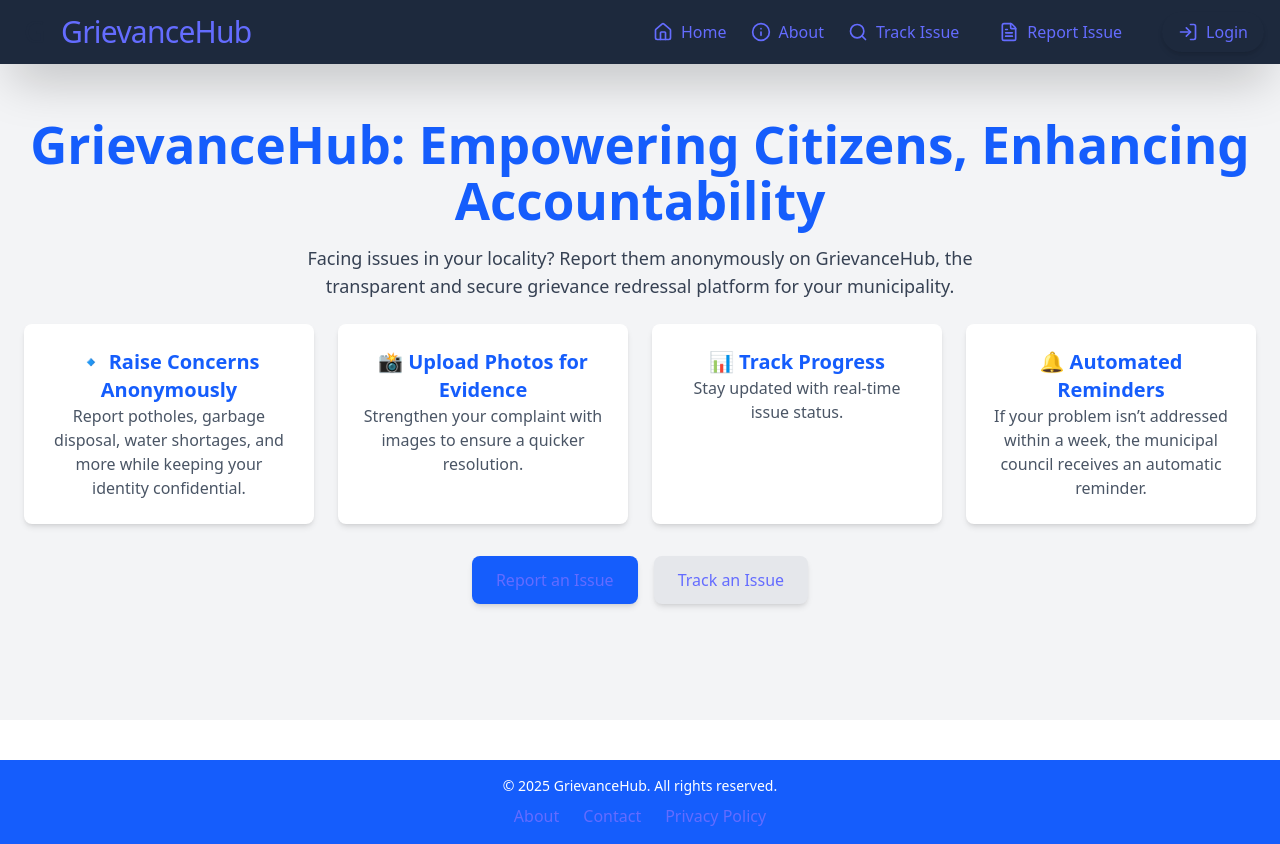
Repository: Aishi4/Grievance-Hub
Page: / (app in my-vite-Griv/)
The author's editor kept a copy of each file at every save. The page is drawn from the files as they stood at one save, then again after the next save.
The browser window is 1280 px wide. The pictures show the whole page.
The project was rebuilt for these pictures with package versions that can differ from the ones it lists, and the page was loaded fresh each time. Also part of the build but not shown: my-vite-Griv/vite.config.js, my-vite-Griv/src/ReportSubmit.jsx, my-vite-Griv/src/Report.jsx, my-vite-Griv/src/App.jsx.

Above is the page before, as saved 2025-03-27 20:17:17.

### my-vite-Griv/src/main.jsx
import { StrictMode } from 'react'
import { createRoot } from 'react-dom/client'
import './index.css'
import App from './App.jsx'
import { Route,createBrowserRouter, createRoutesFromElements, RouterProvider } from 'react-router'
import Layout from './Layout.jsx'
import Home from './Home.jsx'

const router = createBrowserRouter(
  createRoutesFromElements(
    <Route path='/' element={<Layout />}>
      <Route path="" element={<Home />} />

    </Route>
  )
)

createRoot(document.getElementById('root')).render(
  <StrictMode>




    <RouterProvider router={router} />

  </StrictMode>,
)

### my-vite-Griv/src/Layout.jsx
import React from 'react'
import Navbar from './Navbar'
import Footer from './Footer'
import { Outlet } from 'react-router-dom'

function Layout() {
  return (
    <>
    <Navbar/>
    <main className="flex-grow text-gray-900 dark:text-white dark:bg-gray-900">
                <Outlet />
            </main>
    <Footer />
    </>
  )
}

export default Layout

### my-vite-Griv/src/Home.jsx
import { Link } from "react-router-dom";

const Home = () => {
  return (
    <div className="min-h-screen bg-gray-100 flex flex-col items-center justify-center p-6">
      {/* Hero Section */}
      <h1 className="text-4xl font-bold text-blue-600 mb-4 text-center">
        GrievanceHub: Empowering Citizens, Enhancing Accountability
      </h1>
      <p className="text-lg text-gray-700 text-center max-w-2xl mb-6">
        Facing issues in your locality? Report them anonymously on GrievanceHub,
        the transparent and secure grievance redressal platform for your municipality.
      </p>

      {/* Features Section */}
      <div className="grid grid-cols-1 md:grid-cols-2 lg:grid-cols-4 gap-6 text-center">
        <div className="bg-white p-6 rounded-lg shadow-md">
          <h2 className="text-xl font-semibold text-blue-600">🔹 Raise Concerns Anonymously</h2>
          <p className="text-gray-600">Report potholes, garbage disposal, water shortages, and more while keeping your identity confidential.</p>
        </div>

        <div className="bg-white p-6 rounded-lg shadow-md">
          <h2 className="text-xl font-semibold text-blue-600">📸 Upload Photos for Evidence</h2>
          <p className="text-gray-600">Strengthen your complaint with images to ensure a quicker resolution.</p>
        </div>

        <div className="bg-white p-6 rounded-lg shadow-md">
          <h2 className="text-xl font-semibold text-blue-600">📊 Track Progress</h2>
          <p className="text-gray-600">Stay updated with real-time issue status.</p>
        </div>

        <div className="bg-white p-6 rounded-lg shadow-md">
          <h2 className="text-xl font-semibold text-blue-600">🔔 Automated Reminders</h2>
          <p className="text-gray-600">If your problem isn’t addressed within a week, the municipal council receives an automatic reminder.</p>
        </div>
      </div>

      {/* Call to Action */}
      <div className="mt-8 flex space-x-4">
        <Link to="/report" className="bg-blue-600 text-white px-6 py-3 rounded-lg shadow-md hover:bg-blue-700">
          Report an Issue
        </Link>
        <Link to="/track" className="bg-gray-200 text-gray-800 px-6 py-3 rounded-lg shadow-md hover:bg-gray-300">
          Track an Issue
        </Link>
      </div>
    </div>
  );
};

export default Home;

### my-vite-Griv/src/Navbar.jsx
import React, { useState } from 'react';
import { Link } from "react-router-dom";
import { motion } from "framer-motion";
import { Home, Info, Search, FileText, LogIn } from "lucide-react";

const Navbar = () => {
  const [isHovered, setIsHovered] = useState(null);

  const navItems = [
    { to: "/", label: "Home", icon: Home },
    { to: "/about", label: "About", icon: Info },
    { to: "/track", label: "Track Issue", icon: Search },
    { to: "/report", label: "Report Issue", icon: FileText, special: true }
  ];

  return (
    <motion.nav
      initial={{ opacity: 0, y: -50 }}
      animate={{ opacity: 1, y: 0 }}
      transition={{ duration: 0.6, type: "spring", stiffness: 50 }}
      className="fixed w-full z-50 bg-slate-800 text-terracotta-300 shadow-2xl"
    >
      <div className="container mx-auto px-4 py-3 flex justify-between items-center">
        <motion.div
          whileHover={{ scale: 1.1 }}
          whileTap={{ scale: 0.95 }}
        >
          <Link
            to="/"
            className="text-3xl font-extrabold tracking-tight flex items-center space-x-2"
          >
            <span className="bg-terracotta-300 text-slate-800 px-2 rounded-md">G</span>
            <span>GrievanceHub</span>
          </Link>
        </motion.div>

        <div className="flex items-center space-x-6">
          {navItems.map((item, index) => (
            <motion.div
              key={item.to}
              onHoverStart={() => setIsHovered(index)}
              onHoverEnd={() => setIsHovered(null)}
              className="relative"
            >
              <Link
                to={item.to}
                className={`
                  flex items-center space-x-2
                  ${item.special
                    ? 'bg-terracotta-300 text-slate-800 px-4 py-2 rounded-full'
                    : 'text-terracotta-300 hover:text-terracotta-100'}
                  transition-all duration-300
                `}
              >
                <item.icon size={20} />
                <span>{item.label}</span>
              </Link>

              {!item.special && isHovered === index && (
                <motion.div
                  layoutId="underline"
                  className="absolute bottom-[-6px] left-0 right-0 h-1 bg-terracotta-300 rounded-full"
                  initial={{ width: 0 }}
                  animate={{ width: '100%' }}
                />
              )}
            </motion.div>
          ))}

          <motion.div
            whileHover={{ scale: 1.05 }}
            whileTap={{ scale: 0.95 }}
          >
            <Link
              to="/login"
              className="flex items-center space-x-2 bg-terracotta-300 text-slate-800 px-4 py-2 rounded-full font-semibold shadow-md hover:bg-terracotta-200 transition-all duration-300"
            >
              <LogIn size={20} />
              <span>Login</span>
            </Link>
          </motion.div>
        </div>
      </div>
    </motion.nav>
  );
};

export default Navbar;

### my-vite-Griv/src/Footer.jsx
const Footer = () => {
    return (
      <footer className="bg-blue-600 text-white py-4 mt-10 text-center">
        <div className="container mx-auto">
          <p className="text-sm">&copy; {new Date().getFullYear()} GrievanceHub. All rights reserved.</p>
          <div className="flex justify-center space-x-6 mt-2">
            <a href="/about" className="hover:underline">About</a>
            <a href="/contact" className="hover:underline">Contact</a>
            <a href="/privacy" className="hover:underline">Privacy Policy</a>
          </div>
        </div>
      </footer>
    );
  };

  export default Footer;

Loaded but not shown: my-vite-Griv/index.html (common file); my-vite-Griv/src/index.css (common file)

After the next save:
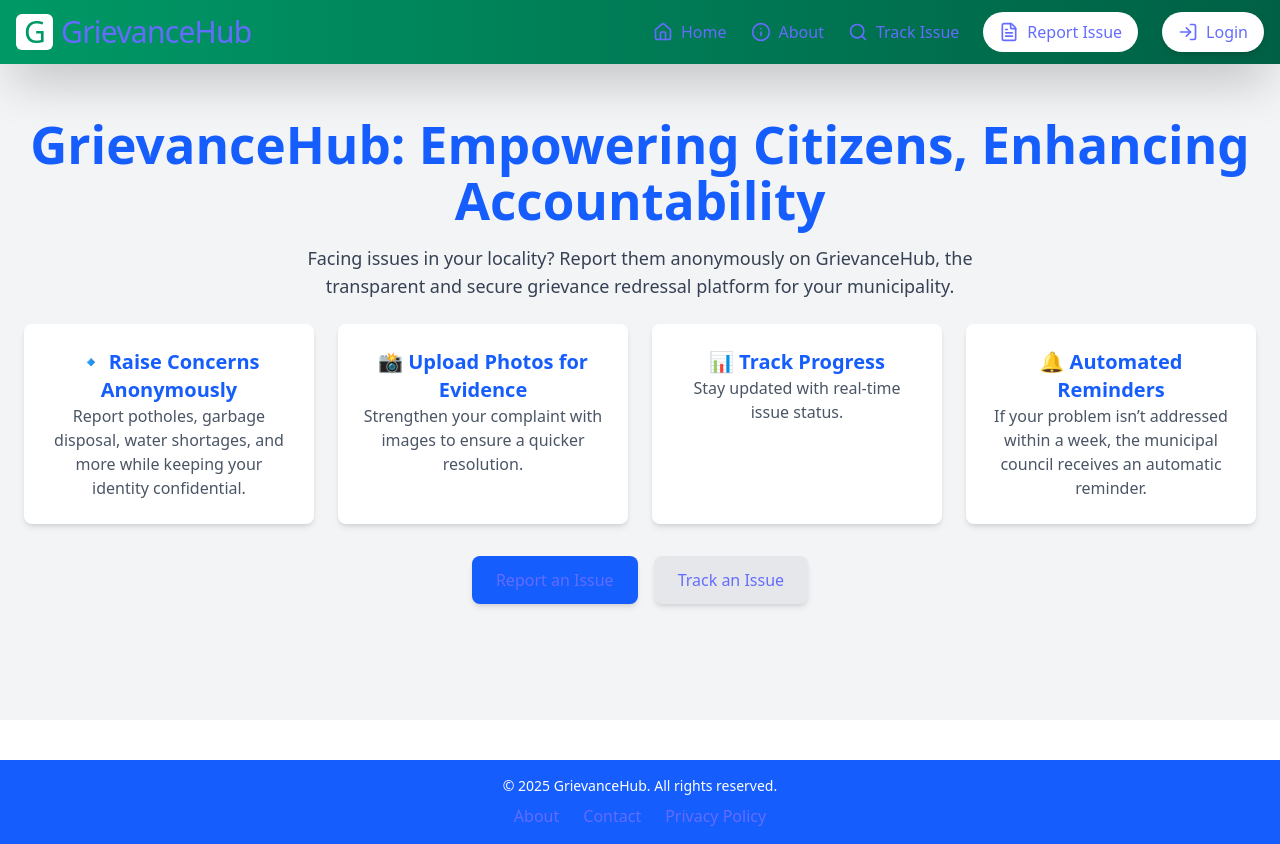
Saved 14 s later.
--- a/my-vite-Griv/src/Navbar.jsx
+++ b/my-vite-Griv/src/Navbar.jsx
@@ -7,10 +7,27 @@ const Navbar = () => {
   const [isHovered, setIsHovered] = useState(null);
 
   const navItems = [
-    { to: "/", label: "Home", icon: Home },
-    { to: "/about", label: "About", icon: Info },
-    { to: "/track", label: "Track Issue", icon: Search },
-    { to: "/report", label: "Report Issue", icon: FileText, special: true }
+    {
+      to: "/",
+      label: "Home",
+      icon: Home
+    },
+    {
+      to: "/about",
+      label: "About",
+      icon: Info
+    },
+    {
+      to: "/track",
+      label: "Track Issue",
+      icon: Search
+    },
+    {
+      to: "/report",
+      label: "Report Issue",
+      icon: FileText,
+      special: true
+    }
   ];
 
   return (
@@ -18,9 +35,10 @@ const Navbar = () => {
       initial={{ opacity: 0, y: -50 }}
       animate={{ opacity: 1, y: 0 }}
       transition={{ duration: 0.6, type: "spring", stiffness: 50 }}
-      className="fixed w-full z-50 bg-slate-800 text-terracotta-300 shadow-2xl"
+      className="fixed w-full z-50 bg-gradient-to-r from-emerald-600 to-emerald-800 text-white shadow-2xl"
     >
       <div className="container mx-auto px-4 py-3 flex justify-between items-center">
+        {/* Logo with Hover Effect */}
         <motion.div
           whileHover={{ scale: 1.1 }}
           whileTap={{ scale: 0.95 }}
@@ -29,11 +47,12 @@ const Navbar = () => {
             to="/"
             className="text-3xl font-extrabold tracking-tight flex items-center space-x-2"
           >
-            <span className="bg-terracotta-300 text-slate-800 px-2 rounded-md">G</span>
+            <span className="bg-white text-emerald-600 px-2 rounded-md">G</span>
             <span>GrievanceHub</span>
           </Link>
         </motion.div>
 
+        {/* Navigation Links and Login */}
         <div className="flex items-center space-x-6">
           {navItems.map((item, index) => (
             <motion.div
@@ -47,8 +66,8 @@ const Navbar = () => {
                 className={`
                   flex items-center space-x-2
                   ${item.special
-                    ? 'bg-terracotta-300 text-slate-800 px-4 py-2 rounded-full'
-                    : 'text-terracotta-300 hover:text-terracotta-100'}
+                    ? 'bg-white text-lime-600 px-4 py-2 rounded-full'
+                    : 'text-white hover:text-lime200'}
                   transition-all duration-300
                 `}
               >
@@ -59,7 +78,7 @@ const Navbar = () => {
               {!item.special && isHovered === index && (
                 <motion.div
                   layoutId="underline"
-                  className="absolute bottom-[-6px] left-0 right-0 h-1 bg-terracotta-300 rounded-full"
+                  className="absolute bottom-[-6px] left-0 right-0 h-1 bg-white rounded-full"
                   initial={{ width: 0 }}
                   animate={{ width: '100%' }}
                 />
@@ -67,13 +86,14 @@ const Navbar = () => {
             </motion.div>
           ))}
 
+          {/* Login Button */}
           <motion.div
             whileHover={{ scale: 1.05 }}
             whileTap={{ scale: 0.95 }}
           >
             <Link
               to="/login"
-              className="flex items-center space-x-2 bg-terracotta-300 text-slate-800 px-4 py-2 rounded-full font-semibold shadow-md hover:bg-terracotta-200 transition-all duration-300"
+              className="flex items-center space-x-2 bg-white text-emerald-700 px-4 py-2 rounded-full font-semibold shadow-md hover:bg-emerald-50 transition-all duration-300"
             >
               <LogIn size={20} />
               <span>Login</span>
